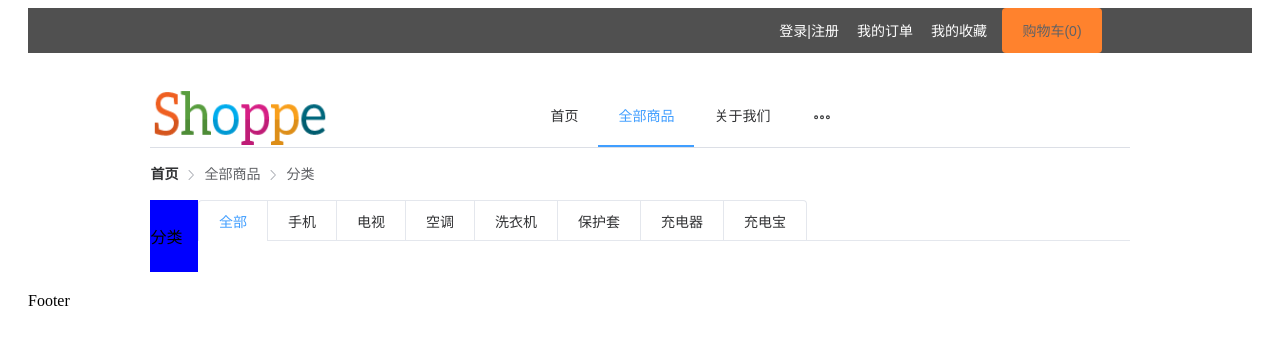
Repository: zhenghaochang/---
Page: /#/allGoods (app in xiaomi/)
An editor plug-in stored every save of this project. The page is shown before and after a run of saves, followed by the edit.
The browser window is 1280 px wide. The pictures show the whole page.
The project was rebuilt for these pictures with package versions that can differ from the ones it lists, and the page was loaded fresh each time. Also part of the build but not shown: xiaomi/vite.config.js.

Above is the page before, as saved 2025-08-01 15:23:23.

### xiaomi/src/main.js
import { createApp } from 'vue';
import ElementPlus from 'element-plus';
import 'element-plus/dist/index.css';
import router from './router/router';
import App from './App.vue';
import * as ElementPlusIconsVue from '@element-plus/icons-vue';
import { createPinia } from 'pinia';
import piniaPluginPersistedstate from 'pinia-plugin-persistedstate'
const app = createApp(App);
const pinia = createPinia();
pinia.use(piniaPluginPersistedstate)
app.use(pinia);
for (const [key, component] of Object.entries(ElementPlusIconsVue)) {
    app.component(key, component);
}
app.use(router);
app.use(ElementPlus);
app.mount('#app');

### xiaomi/src/router/router.js
import {createRouter,createWebHashHistory} from 'vue-router'

let router = createRouter({
    history:createWebHashHistory(),
    routes:[
        {
            path:"/",
            component:()=>import('../components/main.vue'),
            redirect:"/home",
            children:[
                {
                    path:"/home",
                    component:() => import('../view/home.vue')
                },
                {
                    path:"/allGoods",
                    component:() => import('../view/allGoods.vue')
                }
            ]
        }
    ]
})

export default router

### xiaomi/src/App.vue
<script setup>
import Menu from '../src/components/menu.vue'


</script>

<template>
    <div>
        <el-container>
            <el-header class="header"><Menu></Menu></el-header>
            <el-main class="main"><router-view></router-view></el-main>
            <el-footer>Footer</el-footer>
        </el-container>
    </div>
</template>

<style scoped>
.header{
/*     background-color: blue; */
    width:100%
}
/* .main{
    background-color: blue;
    width: 100%;
    display:flex;
    flex-direction: column;
    justify-content: center;
} */
</style>

### xiaomi/src/components/main.vue
<script setup>
import logo from '../assets/img/logo.png'
import { Search } from '@element-plus/icons-vue'
import {useRoute,useRouter} from 'vue-router'

const router = useRouter()
const route = useRoute()

</script>

<template>
    <div class="base_div">
        <!-- 菜单div -->
        <div style="width:80%;margin-bottom:20px">
            <el-menu
                :default-active="route.path"
                class="menu"
                mode="horizontal"
                @select="handleSelect"
                router
            >
                <div>
                    <img style="width:180px;height:60px;margin-right:200px" :src="logo" alt="">
                </div>
                <el-menu-item index="/home">首页</el-menu-item>
                <el-menu-item index="/allGoods">全部商品</el-menu-item>
                <el-menu-item index="/aboutUs">关于我们</el-menu-item>
                <div>
                    <el-input
                        v-model="input3"
                        style="margin-left:200px;width:250px"
                        placeholder="请输入商品名称"
                        class="input-with-select"
                    >
                        <template #append>
                            <el-button :icon="Search" />
                        </template>
                    </el-input>
                </div>
            </el-menu>
        </div>
        <!-- 菜单div END -->
        <!-- 主体div -->
        <div style="width:100%">
            <router-view></router-view>
        </div>
    </div>
</template>

<style scoped>
.base_div{
    width: 100%;
    display:flex;
    flex-direction: column;
    align-items:center;
}
.menu{
    display:flex;
    align-items: center;
}
</style>

### xiaomi/src/view/allGoods.vue
<script setup>
import { ArrowRight } from '@element-plus/icons-vue'
import {ref} from 'vue'


const activeName = ref('0')

</script>

<template>
    <div class="base_div">
        <!-- 面包屑 -->
        <div style="width:80%">
            <el-breadcrumb :separator-icon="ArrowRight">
                <el-breadcrumb-item :to="{ path: '/home' }">首页</el-breadcrumb-item>
                <el-breadcrumb-item>全部商品</el-breadcrumb-item>
                <el-breadcrumb-item>分类</el-breadcrumb-item>
            </el-breadcrumb>
        </div>
        <!-- 面包屑END -->
        <br>
        <!-- 分类标签 -->
        <div style="width:80%;display:flex;">
            <div style="background:blue;width:50px;height:10vh;display:flex;align-items:center">分类</div>
            <el-tabs
                v-model="activeName"
                type="card"
                style="width:100%;display:flex"
                @tab-click="handleClick"
            >

                <el-tab-pane label="全部" name="0"></el-tab-pane>
                <el-tab-pane label="手机" name="1"></el-tab-pane>
                <el-tab-pane label="电视" name="2"></el-tab-pane>
                <el-tab-pane label="空调" name="3"></el-tab-pane>
                <el-tab-pane label="洗衣机" name="4"></el-tab-pane>
                <el-tab-pane label="保护套" name="5"></el-tab-pane>
                <el-tab-pane label="充电器" name="6"></el-tab-pane>
                <el-tab-pane label="充电宝" name="7"></el-tab-pane>
            </el-tabs>
        </div>
        <!-- 分类标签END -->
    </div>
</template>

<style scoped>
.base_div{
    width: 100%;
    display: flex;
    justify-content: center;
}
</style>

### xiaomi/src/components/menu.vue
<script setup>
import {ref,reactive} from 'vue'
import request from '../request/index'
import { ElMessage } from 'element-plus'
import {useUserStore} from '../store/index'


const store = useUserStore()


const loginVisible = ref(false)
const registVisible = ref(false)

const loginForm = ref({
    username:'',
    password:''
})

const registForm = ref({
    username:'',
    password:'',
    rePassword:'',
    name:''
})

const user = ref({
    id:0,
    username:'',
    name:'',
    numInCart:0,
    token:''
})

const loginFormRef = ref()
const registFormRef = ref()

const validateUsername = (rule,value,callback)=>{
    if(value.length==0){
      callback(new Error("用户名不能为空"))
    }else{
      callback()
    }
  }

  const validatePassword = (rule,value,callback)=>{
    if(value.length<4){
      callback(new Error("密码小于4位"))
    }else{
      callback()
    }
  }

  const validateRePassword = (rule,value,callback)=>{
    if(value.length<4){
      callback(new Error("密码小于4位"))
    }else{
      if(value != registForm.value.password){
        callback(new Error("密码不一致"))
      }else{
        callback()
      }
    }
  }

  const rules = {
    username:[{required:true,message:'用户名不能为空',validator:validateUsername}],
    password:[{required:true,message:'密码必须大于4位',validator:validatePassword}],
    rePassword:[{required:true,validator:validateRePassword}]
  }


async function login(){
    const valid = await loginFormRef.value.validate
    if(valid){
        let {data} = await request.post("/user/login",loginForm.value)
        if(data.code == 200){
            ElMessage.success('登录成功')
            user.value = data.data
            store.changeInfo(user.value)
            loginVisible.value = false
        }else{
            ElMessage.error(data.msg)
        }
    }
}

async function regist(){
    const valid = await registFormRef.value.validate
    if(valid){
        let {data} = await request.post("/user/regist",registForm.value)
        if(data.code == 200){
            ElMessage.success('注册成功')
            registVisible.value = false
            loginVisible.value = true
        }else{
            ElMessage.error(data.msg)
        }
    }
}

</script>

<template>
    <div class="base_div">
        <el-button color="rgb(80,80,80)" @click="loginVisible = true" v-if="store.id==0" link>登录|注册</el-button>
        <div style="display:flex;align-items:center;margin-right:10px" v-else>
            <el-button color="rgb(80,80,80)" link>欢迎{{store.name}}</el-button>
            <el-button color="rgb(80,80,80)" @click="()=>{store.logout(),ElMessage.success('已退出')}" link>退出登录</el-button>
        </div>
        <el-button color="rgb(80,80,80)" link>我的订单</el-button>
        <el-button color="rgb(80,80,80)" link>我的收藏</el-button>
        <el-button  style="background-color:rgb(255,130, 45);margin-right:150px;width:100px"  link>购物车({{store.numInCart}})</el-button>

        <!-- 登录窗口 -->
        <el-dialog v-model="loginVisible"  title="登录" width="300">
            <el-form :model="loginForm" ref="loginFormRef" :rules="rules">
                <el-form-item label="用户名" prop="username" :label-width="70">
                    <el-input v-model="loginForm.username" autocomplete="off" />
                </el-form-item>
                <el-form-item label="密码" prop="password" :label-width="70">
                    <el-input v-model="loginForm.password" autocomplete="off" type="password" show-password />
                </el-form-item>
            </el-form>
            <template #footer>
                <div style="display:flex;justify-content:space-between;align-items:center">
                    <el-button type="warning" @click="registVisible = true">注册</el-button>
                    <div>
                        <el-button @click="loginVisible = false">取消</el-button>
                        <el-button type="primary" @click="login">
                        登录
                        </el-button>
                    </div>

                </div>
            </template>
        </el-dialog>
        <!-- 登录窗口END -->
        <!-- 注册窗口 -->
        <el-dialog v-model="registVisible"  title="注册" width="350">
            <el-form :model="registForm" ref="registFormRef" :rules="rules">
                <el-form-item label="用户名" prop="username" :label-width="80">
                    <el-input v-model="registForm.username" autocomplete="off" />
                </el-form-item>
                <el-form-item label="密码" prop="password" :label-width="80">
                    <el-input v-model="registForm.password" autocomplete="off" type="password" show-password />
                </el-form-item>
                <el-form-item label="确认密码" prop="rePassword" :label-width="80">
                    <el-input v-model="registForm.rePassword" autocomplete="off" type="password" show-password />
                </el-form-item>
                <el-form-item label="姓名"  :label-width="80">
                    <el-input v-model="registForm.name" autocomplete="off"  />
                </el-form-item>
            </el-form>
            <template #footer>
                <div style="">
                    <div>
                        <el-button @click="registVisible = false">取消</el-button>
                        <el-button type="primary" @click="regist">
                        注册
                        </el-button>
                    </div>

                </div>
            </template>
        </el-dialog>
        <!-- 注册窗口END -->
    </div>
</template>

<style scoped>
.base_div{
    background-color:rgb(80,80,80);
    width:100%;
    height:45px;
    display: flex;
    justify-content:flex-end;
}
</style>

### xiaomi/src/request/index.js
import axios from 'axios'


const request = axios.create({
    baseURL:'http://localhost:8080',
    timeout:10000
})









export default request

### xiaomi/src/store/index.js
import {defineStore} from 'pinia'

const user = {
    id:0,
    username:'',
    name:'',
    numInCart:0,
    token:''
}

export const useUserStore = defineStore('userInfo',{
    state:()=>({
        id:0,
        username:'',
        name:'',
        numInCart:0,
        token:''
    }),
    getters:{},
    actions:{
        changeInfo(user){
            this.id = user.id,
            this.username = user.username,
            this.name = user.name,
            this.numInCart = user.numInCart,
            this.token = user.token
        },
        logout(){
            this.id = 0,
            this.username = '',
            this.name = '',
            this.numInCart = 0,
            this.token = ''
        }
    },
    persist: true
}
)

Loaded but not shown: xiaomi/index.html (common file)

After the next 2 saves:
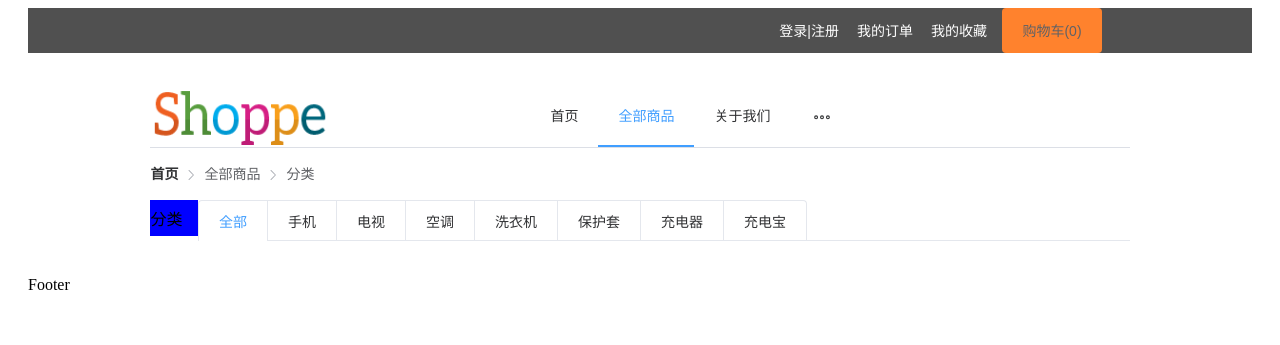
The 2 saves are shown as one change because they came seconds apart.
The last was saved 12 s later.
--- a/xiaomi/src/view/allGoods.vue
+++ b/xiaomi/src/view/allGoods.vue
@@ -21,7 +21,7 @@ const activeName = ref('0')
         <br>
         <!-- 分类标签 -->
         <div style="width:80%;display:flex;">
-            <div style="background:blue;width:50px;height:10vh;display:flex;align-items:center">分类</div>
+            <div style="background:blue;width:50px;height:5vh;display:flex;align-items:center">分类</div>
             <el-tabs
                 v-model="activeName"
                 type="card"
